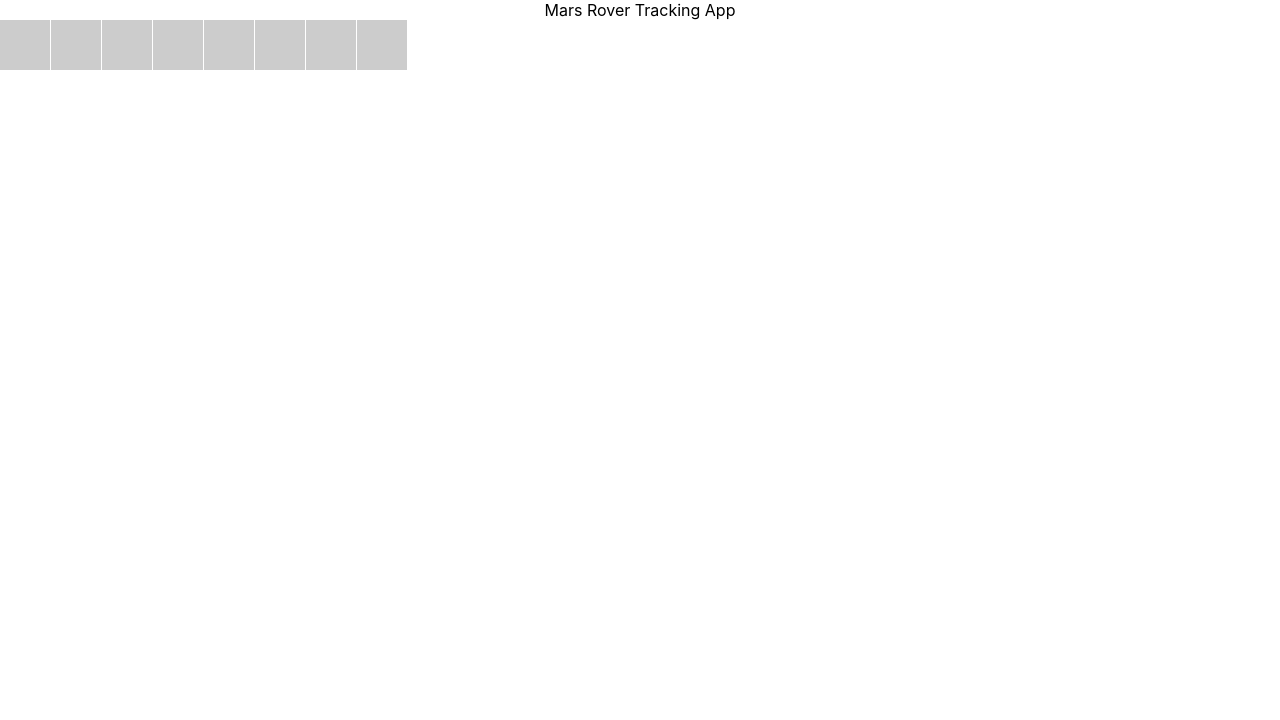
Repository: madhurisandbhor/Rover-Tracking-App
Page: /
These files come from the project's save history. The page is drawn as it stood at one moment and after the next save; the edit follows.
The browser window is 1280 px wide. The pictures show the whole page.
The project was rebuilt for these pictures with package versions that can differ from the ones it lists, and the page was loaded fresh each time.

Above is the page before, as saved 2021-09-06 16:58:26.

After the next save:
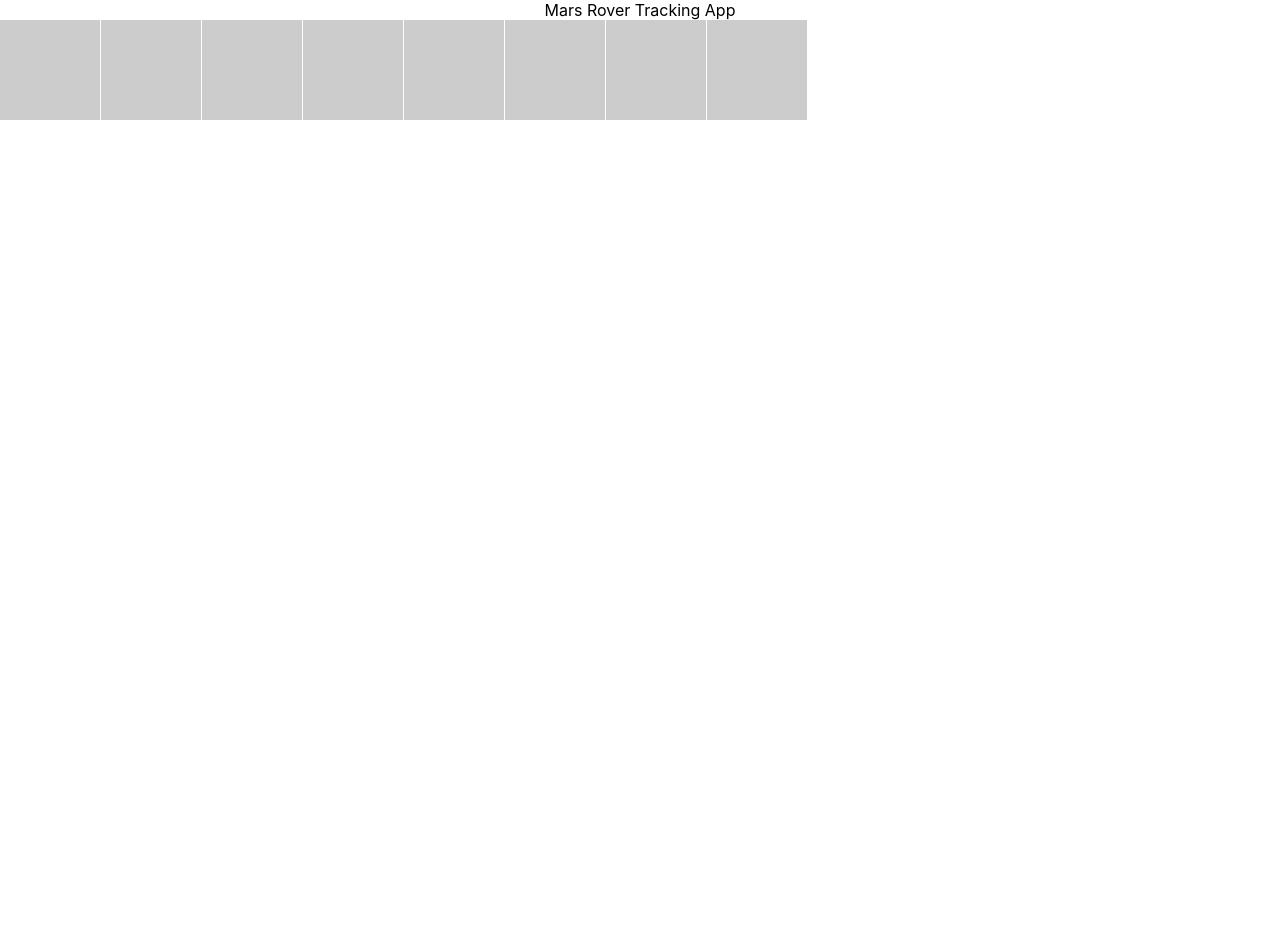
Saved 9 s later.
--- a/src/Grid.jsx
+++ b/src/Grid.jsx
@@ -3,8 +3,8 @@ import { maxY, maxX } from "./constants";
 
 const wrapper = {
     display: 'grid',
-    gridTemplateColumns: `repeat(${maxY}, 50px)`,
-    gridTemplateRows: `repeat(${maxX}, 50px)`,
+    gridTemplateColumns: `repeat(${maxY}, 100px)`,
+    gridTemplateRows: `repeat(${maxX}, 100px)`,
     gridAutoRows: '20px',
     gridAutoColumns: '20px',
     gridGap: '1px',
